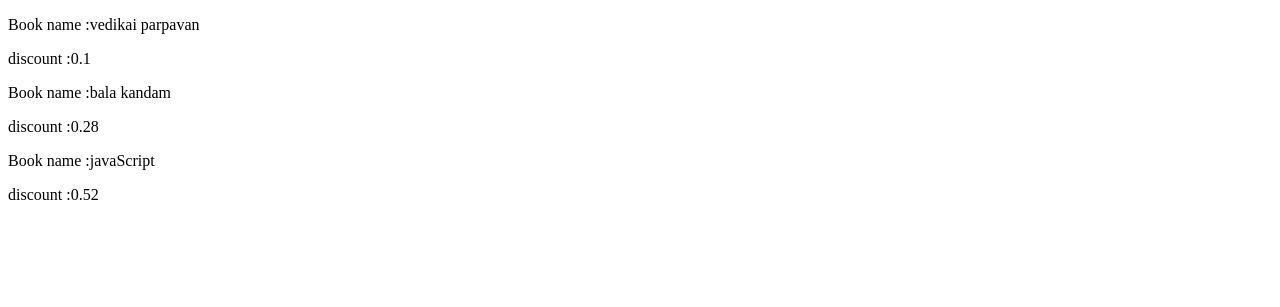
Repository: venkatesakki/JavaDeveloper
Page: javascript_example/src/main/webapp/usingCustomObjects.html
An editor plug-in stored every save of this project. The page is shown before and after the next save, followed by the edit.
The browser window is 1280 px wide. The pictures show the whole page.

Above is the page before, as saved 2022-06-29 05:34:53.

### javascript_example/src/main/webapp/usingCustomObjects.html
<!DOCTYPE html>
<html>
<head>
<meta charset="UTF-8">
<title>JavaScript Custom Objects</title>
</head>
<body>

<script type="text/javascript" src="scripts/js_custom_objects.js"></script>
</body>
</html>

### javascript_example/src/main/webapp/scripts/js_custom_objects.js
/**
 *
 */
var book={};
function usingObjectLiterals()
{


	book.bookName='vedikai parpavan';

	book.discount=function(){

		return 0.10;
	}

	document.write('<p>'+'Book name :'+book.bookName+'<p>');
	document.write('discount :'+book.discount())

}

function usingBojectLiteralSecondWay(){

	var book={

		bookName:'javaScript', discount:function(){

			return 0.52;
		}
	};
	document.write('<p>'+'Book name :'+book.bookName+'<p>');
	document.write('discount :'+book.discount())
}

function usingFunctionConstructor(){

	var book=function(name){

		this.name=name;
		this.discount=function(){
			return 0.68;
		}
	};
		document.write('<p>'+'Book name :'+book.bookName+'<p>');
	document.write('discount :'+book.discount())

}


function usingBlankObjects()
{
	var book = new Object();

	book.bookName='bala kandam';

	book.discount=function(){

		return 0.28;
	}

	document.write('<p>'+'Book name :'+book.bookName+'<p>');
	document.write('discount :'+book.discount())

}
(function(){

	usingObjectLiterals();
		usingBlankObjects();
		usingBojectLiteralSecondWay();
})();

After the next save:
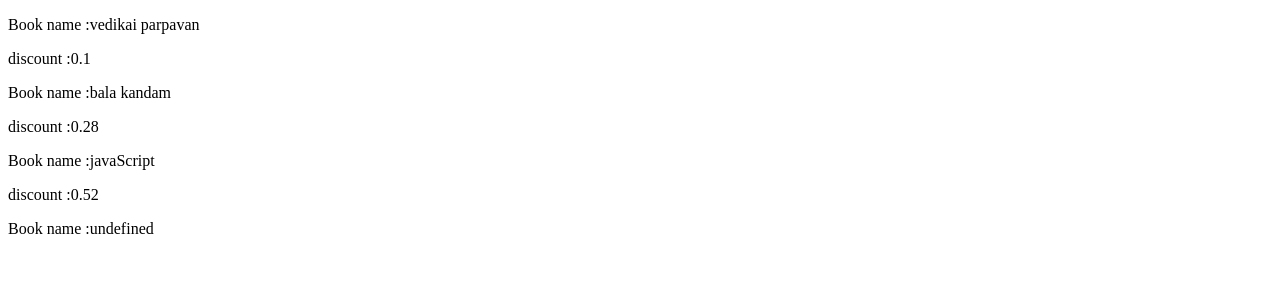
Console error: TypeError: book.discount is not a function
Saved 10 s later.
--- a/javascript_example/src/main/webapp/scripts/js_custom_objects.js
+++ b/javascript_example/src/main/webapp/scripts/js_custom_objects.js
@@ -66,4 +66,5 @@ function usingBlankObjects()
 	usingObjectLiterals();
 		usingBlankObjects();
 		usingBojectLiteralSecondWay();
+		usingFunctionConstructor();
 })();

After the save that followed:
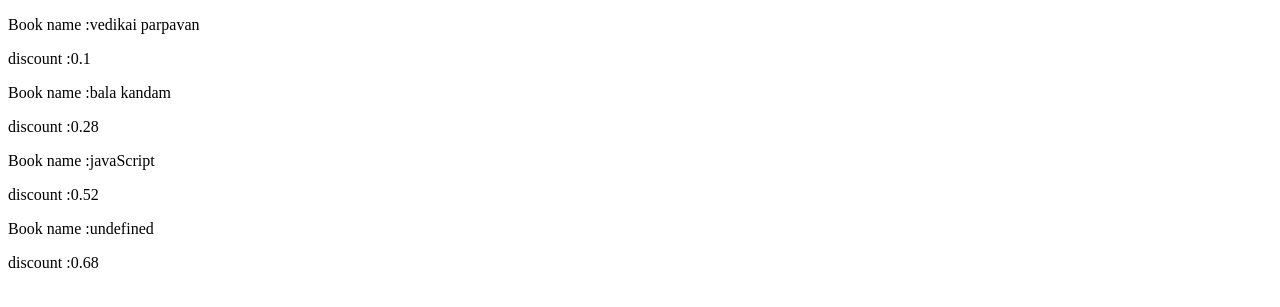
The error is gone.
Saved 117 s later.
--- a/javascript_example/src/main/webapp/scripts/js_custom_objects.js
+++ b/javascript_example/src/main/webapp/scripts/js_custom_objects.js
@@ -33,13 +33,14 @@ function usingBojectLiteralSecondWay(){
 
 function usingFunctionConstructor(){
 
-	var book=function(name){
+	var myBook=function(name){
 
 		this.name=name;
 		this.discount=function(){
 			return 0.68;
 		}
 	};
+	var book=new myBook('html')
 		document.write('<p>'+'Book name :'+book.bookName+'<p>');
 	document.write('discount :'+book.discount())
 
